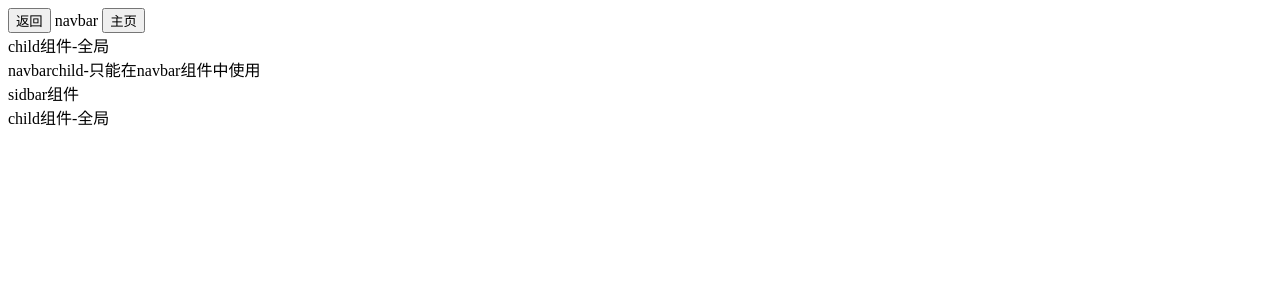
Repository: xiemin2161/mytest
Page: 01-组件.html
These files come from the project's save history. The page is drawn as it stood at one moment and after the next save; the edit follows.
The browser window is 1280 px wide. The pictures show the whole page.

Above is the page before, as saved 2023-02-01 17:09:24.

### 01-组件.html
<!DOCTYPE html>
<html>
  <head>
    <meta charset="utf-8" />
    <meta http-equiv="X-UA-Compatible" content="IE=edge,chrome=1" />
    <title>Examples</title>
    <meta name="description" content="" />
    <meta name="keywords" content="" />
    <link href="" rel="stylesheet" />
    <style>
      .navbar {
        background: red;
      }
    </style>
    <script type="text/javascript" src="lib/vue.js"></script>
  </head>
  <body>
    <div id="box">
      <navbar></navbar>
      <sidbar></sidbar>
    </div>

    <script type="text/javascript">
      //1、全局定义组件（作用域隔离）
      Vue.component("navbar", {
        template: `
        <div>
          <button @click="handleback()">返回</button>
          navbar
          <button>主页</button>
          <child></child>
          <navbarchild></navbarchild>
        </div>
          `,
        methods: {
          handleback() {
            console.log("back");
          },
        },
        data: {
          navbarname: "navbarname",
        },
        //局部定义组件
        components: {
          navbarchild: {
            template: `
              <div>navbarchild-只能在navbar组件中使用</div>
            `,
          },
        },
      });

      Vue.component("child", {
        template: `
          <div>child组件-全局</div>
        `,
      });

      Vue.component("sidbar", {
        template: `
          <div>
            sidbar组件
            <child></child>
            <navbarchild></navbarchild>
        `,
      });
      new Vue({
        el: "#box",
      }); //root component  //root根组件
    </script>
  </body>
</html>

Loaded but not shown: lib/vue.js (library)

After the next save:
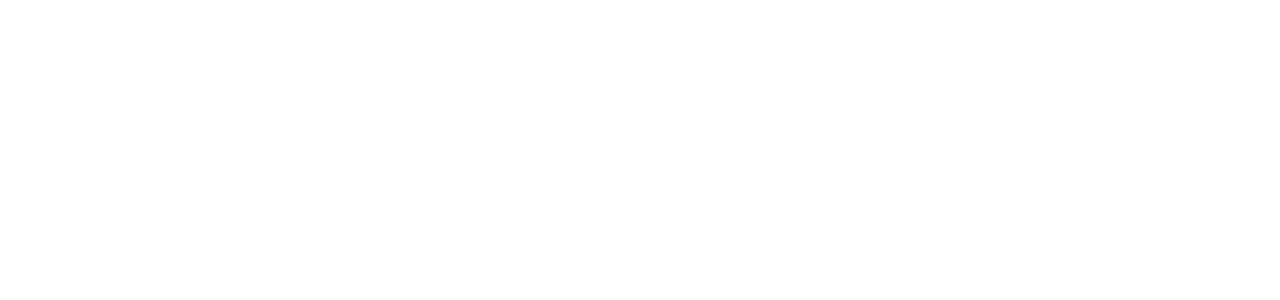
Console error: SyntaxError: Unexpected token ':'
Saved 15 s later.
--- a/01-组件.html
+++ b/01-组件.html
@@ -37,7 +37,7 @@
             console.log("back");
           },
         },
-        data: {
+        data(): {
           navbarname: "navbarname",
         },
         //局部定义组件

After the 2 saves that followed:
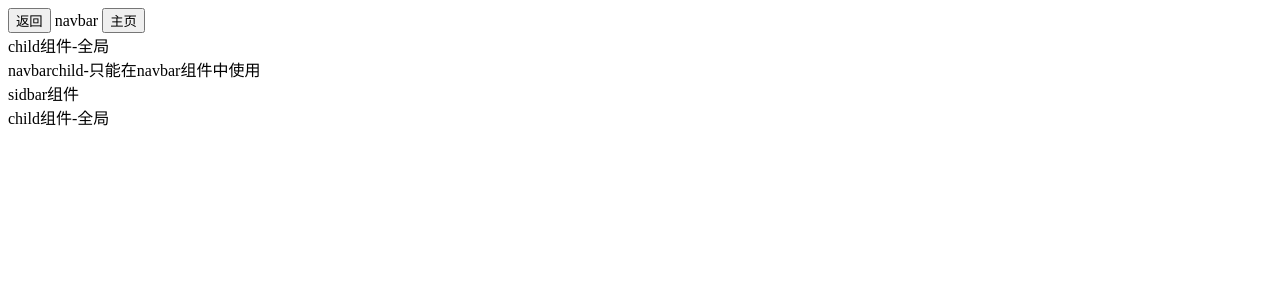
The error is gone.
The 2 saves are shown as one change because 1 left the picture as it was.
The last was saved 112 s later.
--- a/01-组件.html
+++ b/01-组件.html
@@ -37,8 +37,10 @@
             console.log("back");
           },
         },
-        data(): {
-          navbarname: "navbarname",
+        data() {
+          return {
+            navbarname: "navbarname",
+          };
         },
         //局部定义组件
         components: {
